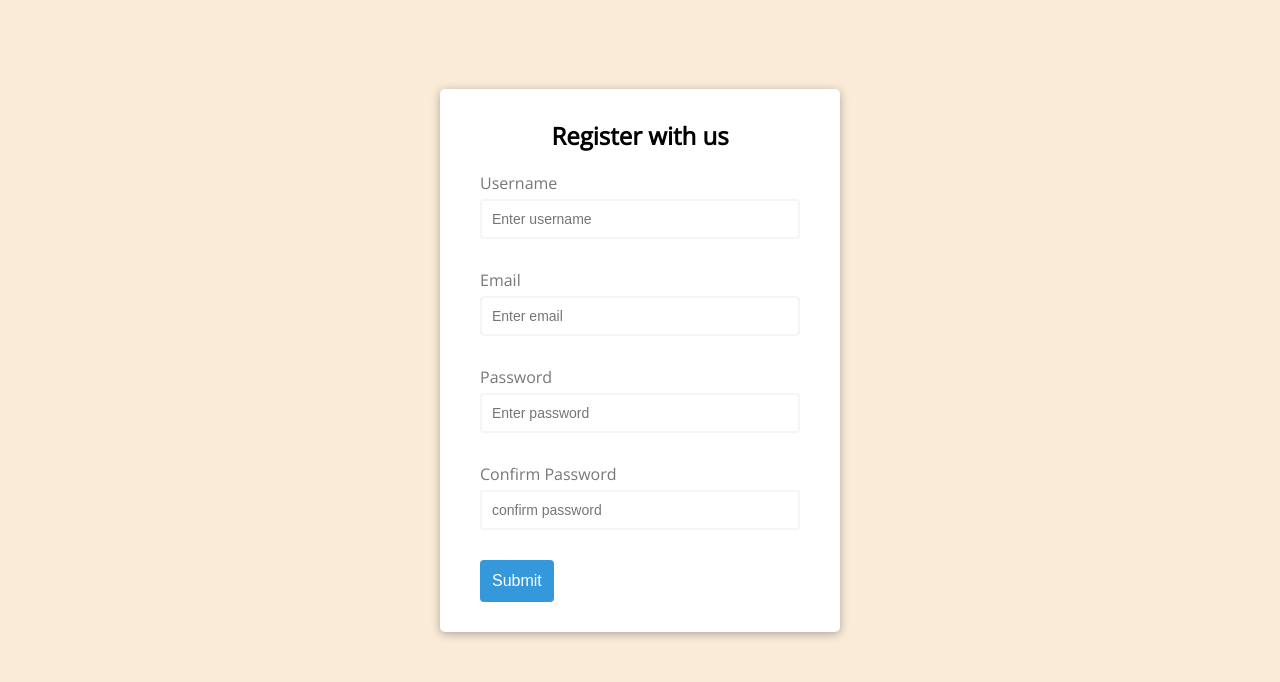
Repository: Azariagmt/Vanilla-javascript
Page: Form-Validator/index.html
An editor plug-in stored every save of this project. The page is shown before and after a run of saves, followed by the edit.
The browser window is 1280 px wide. The pictures show the whole page.

Above is the page before, as saved 2020-04-20 09:58:07.

After the next 5 saves:
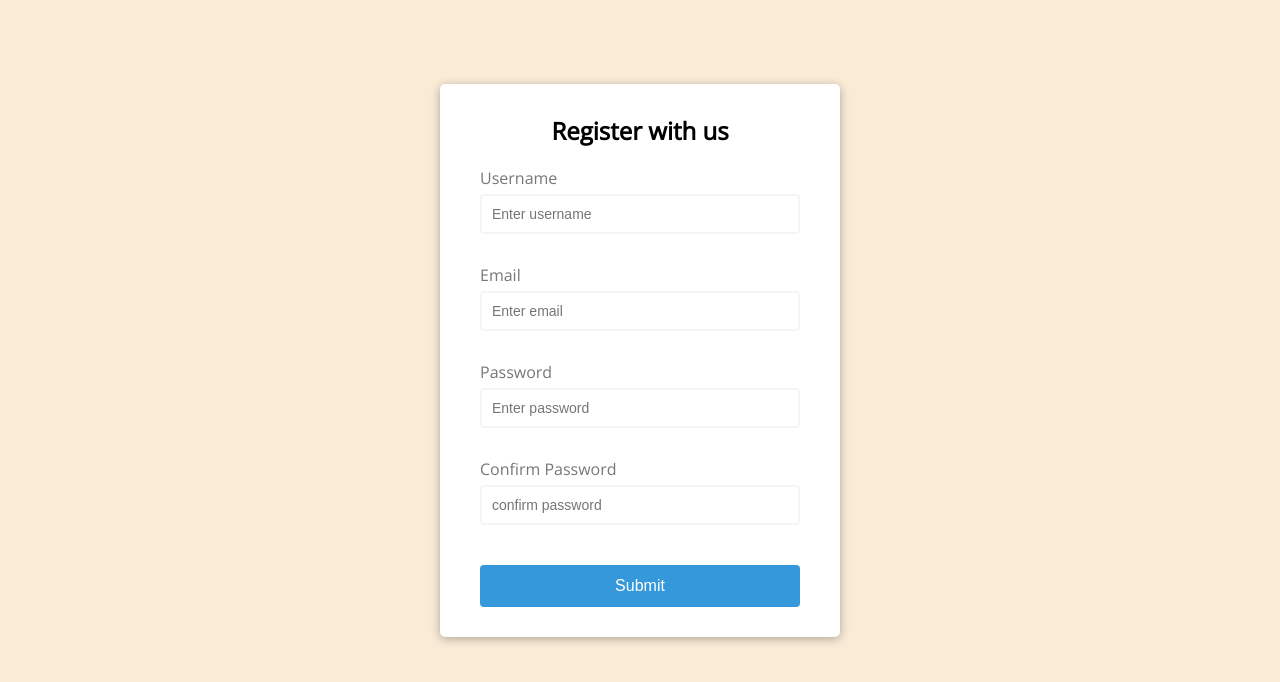
The 5 saves are shown as one change because they came seconds apart.
The last was saved 12 s later.
--- a/Form-Validator/style.css
+++ b/Form-Validator/style.css
@@ -80,5 +80,6 @@ h2{
     display: block;
     font-size: 16px;
     padding: 10px;
-    margin-top: ;
+    margin-top: 20px;
+    width: 100%;
 }
